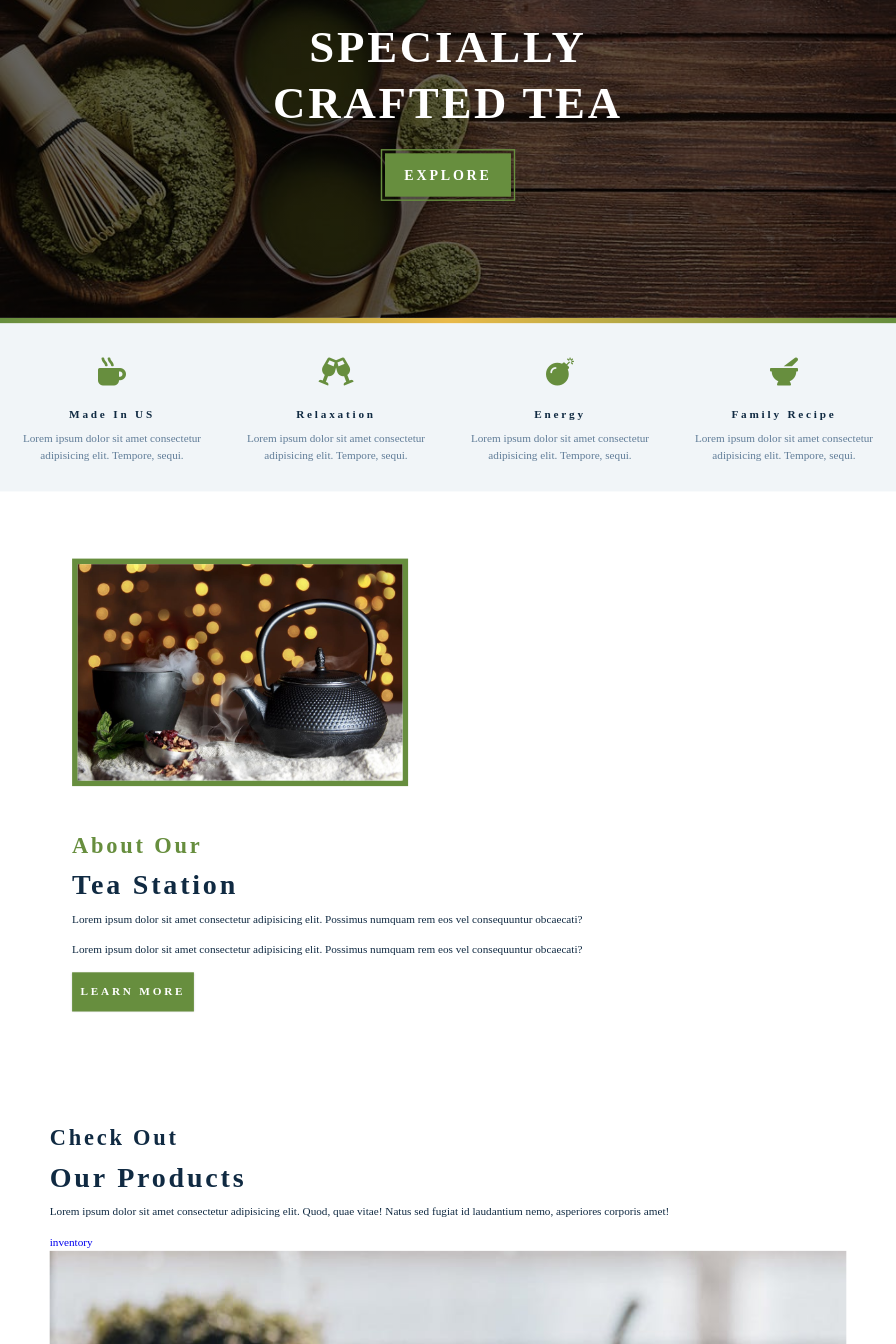
Repository: Ndifoinhilary/building_tea_site
Page: index.html
An editor plug-in stored every save of this project. The page is shown before and after the next save, followed by the edit.
The browser window is 1280 px wide. The pictures show the part of the page from y = 410 to 2330 px (the page is 5854 px tall), at 70% of full size.
The pointer rests on the first visible `.about-picture-container`.
Backgrounds fixed to the window are drawn as part of the page. Some web fonts or font styles are not loaded; a fallback is used.

Above is the page before, as saved 2024-01-06 11:15:34.

### index.html
<!DOCTYPE html>
<html lang="en">

<head>
  <meta charset="UTF-8" />
  <meta name="viewport" content="width=device-width, initial-scale=1.0" />
  <meta http-equiv="X-UA-Compatible" content="ie=edge" />
  <title>Tea Station || Home</title>
  <!-- font-awesome -->
  <link rel="stylesheet" href="./fontawesome-free-5.7.2-web/css/all.css" />
  <!-- custom css -->
  <link rel="stylesheet" href="./css/styles.css" />
</head>

<body>
  <!-- nav button -->
  <span class="nav-btn" id="nav-btn">
    <i class="fas fa-bars"></i>
  </span>
  <!-- nav -->
  <nav class="navbar" id="navbar">
    <div class="navbar-header">
      <span class="nav-close" id="nav-close">
        <i class="fas fa-times"></i>
      </span>
    </div>
    <ul class="nav-items">
      <li><a href="index.html" class="nav-link">home</a></li>
      <li><a href="skills.html" class="nav-link">skills</a></li>
      <li><a href="about.html" class="nav-link">about</a></li>
      <li><a href="products.html" class="nav-link">products</a></li>
    </ul>
  </nav>
  <!-- header -->
  <header class="header">
    <div class="banner">
      <h2 class="banner-subtitle">Over one hunred flavors of tea</h2>
      <h1 class="banner-title">specially crafted tea</h1>
      <a href="skills.html" class=" btn banner-btn">explore</a>
    </div>
  </header>

  <div class="content-divider"></div>





  <!-- skills section -->
  <section class="skills clearfix">
    <!-- single skill -->
    <article class="skill">
      <span class="skill-icon">
        <i class="fas fa-mug-hot"></i>
      </span>
      <h4 class="skill-title">made in US</h4>
      <!-- ten words -->
      <p class="skill-text">
        Lorem ipsum dolor sit amet consectetur adipisicing elit. Tempore,
        sequi.
      </p>
    </article>
    <!-- end of single skill -->
    <!-- single skill -->
    <article class="skill">
      <span class="skill-icon">
        <i class="fas fa-glass-cheers"></i>
      </span>
      <h4 class="skill-title">relaxation</h4>
      <!-- ten words -->
      <p class="skill-text">
        Lorem ipsum dolor sit amet consectetur adipisicing elit. Tempore,
        sequi.
      </p>
    </article>
    <!-- end of single skill -->
    <!-- single skill -->
    <article class="skill">
      <span class="skill-icon">
        <i class="fas fa-bomb"></i>
      </span>
      <h4 class="skill-title">energy</h4>
      <!-- ten words -->
      <p class="skill-text">
        Lorem ipsum dolor sit amet consectetur adipisicing elit. Tempore,
        sequi.
      </p>
    </article>
    <!-- end of single skill -->
    <!-- single skill -->
    <article class="skill">
      <span class="skill-icon">
        <i class="fas fa-mortar-pestle"></i>
      </span>
      <h4 class="skill-title">family recipe</h4>
      <!-- ten words -->
      <p class="skill-text">
        Lorem ipsum dolor sit amet consectetur adipisicing elit. Tempore,
        sequi.
      </p>
    </article>
    <!-- end of single skill -->
  </section>
  <!--end of skills section -->




  <!-- about -->
  <section class="about">

    <div class="section-center clearfix">

      <article class="about-img">
        <div class="about-picture-container">
          <img src="./images/about-bcg.jpeg" alt="tea kettle" class="about-picture" />
        </div>
      </article>

      <article class="about-info">
        <!-- section title -->
        <div class="section-title">
          <h3 class="section-subtitle">about our</h3>
          <h2 class="section-title">tea station</h2>
        </div>
        <!-- section title -->
        <p class="about-text">
          Lorem ipsum dolor sit amet consectetur adipisicing elit. Possimus
          numquam rem eos vel consequuntur obcaecati?
        </p>
        <p class="about-text">
          Lorem ipsum dolor sit amet consectetur adipisicing elit. Possimus
          numquam rem eos vel consequuntur obcaecati?
        </p>
        <a href="about.html" class="btn">learn more</a>
      </article>
    </div>
  </section>
  <!-- end of about -->





  <!-- products -->
  <section class="products">
    <div class="section-center clearfix">
      <!-- products info  -->
      <article class="products-info">
        <!-- title -->
        <div>
          <h3 class="section-subtitle">check out</h3>
          <h2 class="section-title text-white">our products</h2>
        </div>
        <!-- end of title -->
        <p class="product-text">
          Lorem ipsum dolor sit amet consectetur adipisicing elit. Quod, quae
          vitae! Natus sed fugiat id laudantium nemo, asperiores corporis
          amet!
        </p>
        <a href="products.html" class="main-btn">inventory</a>
      </article>
      <!-- end of products info -->





      <!-- products inventory -->
      <article class="products-inventory clearfix">
        <!-- single product -->
        <div class="product">
          <img src="./images/product-1.jpeg" alt="single product" class="product-img" />
          <h3 class="product-title">product title</h3>
          <h3 class="product-price">$6.99</h3>
        </div>
        <!--end of single product -->
        <!-- single product -->
        <div class="product">
          <img src="./images/product-2.jpeg" alt="single product" class="product-img" />
          <h3 class="product-title">product title</h3>
          <h3 class="product-price">$6.99</h3>
        </div>
        <!--end of single product -->
        <!-- single product -->
        <div class="product">
          <img src="./images/product-3.jpeg" alt="single product" class="product-img" />
          <h3 class="product-title">product title</h3>
          <h3 class="product-price">$6.99</h3>
        </div>
        <!--end of single product -->
      </article>
      <!--end of  products inventory -->
    </div>
  </section>


  <!-- end of  products -->




  <!-- contact -->
  <section class="contact">
    <div class="section-center clearfix">
      <!-- contact info -->
      <article class="contact-info">
        <!-- contact item -->
        <div class="contact-item">
          <!-- contact text -->
          <h3 class="contact-title">
            <span class="contact-icon">
              <i class="fas fa-location-arrow"></i> </span>address
          </h3>
          <h3 class="contact-text">
            523 N Fairfax Ave, Los Angeles, CA 90048
          </h3>
        </div>
        <!-- end of contact item -->
        <!-- contact item -->
        <div class="contact-item">
          <!-- contact text -->
          <h3 class="contact-title">
            <span class="contact-icon"> <i class="fas fa-envelope"></i> </span>email
          </h3>
          <h3 class="contact-text">email@email.com</h3>
        </div>
        <!-- end of contact item -->

        <!-- contact item -->
        <div class="contact-item">
          <!-- contact text -->
          <h3 class="contact-title">
            <span class="contact-icon">
              <i class="fas fa-location-arrow"></i> </span>telephone
          </h3>
          <h3 class="contact-text">+ 123 456 789</h3>
        </div>
        <!-- end of contact item -->
      </article>
      <article class="contact-form">
        <form action="https://formspree.io/learncodetutorial@gmail.com" method="POST" class="form-group">
          <input type="text" name="name" placeholder="name" class="form-control" />
          <input type="email" name="email" placeholder="email" class="form-control" />
          <textarea name="message" placeholder="message" class="form-control" rows="5"></textarea>
          <button class="main-btn">send</button>
        </form>
      </article>
      <!-- end of contact info -->
    </div>
  </section>




  <!-- end o fcontact -->
  <footer class="footer">
    <div class="section-center">
      <div class="social-icons">
        <!-- social icon -->
        <a href="#" class="social-icon">
          <i class="fab fa-facebook"></i>
        </a>
        <!-- end of social icon -->
        <!-- social icon -->
        <a href="#" class="social-icon">
          <i class="fab fa-twitter"></i>
        </a>
        <!-- end of social icon -->
        <!-- social icon -->
        <a href="#" class="social-icon">
          <i class="fab fa-instagram"></i>
        </a>
        <!-- end of social icon -->
      </div>
      <p class="footer-text">
        &copy;2019 <span class="text-primary">tea station</span>. all rights
        reserved
      </p>
    </div>
  </footer>



  <script src="app.js"></script>
</body>

</html>

### css/styles.css
@import url("https://fonts.googleapis.com/css?family=Catamaran:400,700|Grand+Hotel");

* {
  margin: 0;
  padding: 0;
  box-sizing: border-box;
}

/*================
Global variables
===================
*/

:root{
  --clr-primary:#678e3e;
  --clr-primary-light:#beed8c;
  --clr-grey-1:#102a42;
  --clr-grey-5:#617d98;
  --clr-grey-10:#f1f5f8;
  --clr-white:#fff;
  --ff-primary:"Catamaran",sans-serif;
  --ff-secondary:"Grand Hotel", cursive;
  --transition: all 0.3s linear ;
  --spacing:0.25rem;
  --radius:0.5rem;
}


body{
  font-family: var(--clr-primary);
  background: var(--clr-white);
  color: var(--clr-grey-1);
  line-height: 1.5;
  font-size: 0.875rem;
}

a{
  text-decoration: none;
}

img{
  width: 100%;
  display: block;
}
h1,h2,h3,h4{
  letter-spacing: var(--spacing);
  text-transform: capitalize;
  line-height: 1.25;
  margin-bottom: 0.75rem;
}

h1{
  font-size: 3rem;
}
h2{
  font-size: 2rem;
}
h3{
  font-size: 1.5rem;
}
h4{
  font-size: 0.875rem;
}

p{
  margin-bottom: 1.25rem;
}
@media screen and (min-width:800px) {
  h1{
    font-size: 4rem;
  }
  h2{
    font-size: 2.5rem;
  }
  h3{
    font-size: 2rem;
  }
  h4{
    font-size: 1rem;
  }
  body{
    font-size: 1rem;
  }
  h1,h2,h3,h4{
    line-height: 1.25;

  }
}
/*
more css
 */

 .btn{
  text-transform: uppercase;
  background: var(--clr-primary);
  color: var(--clr-white);
  padding: 1rem 0.75rem;
  letter-spacing: var(--spacing);
  display: inline-block;
  font-weight:700 ;
  transition: var(--transition);
  font-size: 1rem;
  border: none;
  cursor: pointer;
  box-shadow: 0 1px 3px rgba(0, 0, 0,0.2);
 }
.btn:hover {
  color: var(--ff-primary);
  background: var(--clr-primary-light);
}
.clearfix::after , .clearfix::before{
  content: "";
  clear: both;
  display: table;
}
.section-title h3{
font-family: var(--ff-secondary);
color: var(--clr-primary);
}
section-title{
  margin-bottom: 2rem;
}
.section-center{
  padding: 4rem 0;
  width: 85vw;
  margin: 0 auto;
  max-width: 1170px;
}
@media screen and (min-width:992px) {
  .section-center{
    width: 95vw;
    padding: 4rem 1rem;
  }
}
 /*
 header
  */

  .header{
    min-height: 100vh;
    background: linear-gradient(rgba(0, 0, 0,0.6),rgba(0, 0, 0,0.6)) ,url("/images/main-bcg.jpeg") center/cover no-repeat fixed;
    position: relative;
    /* animation */
    overflow-x: hidden;

  }

  .banner{
    text-align: center;
    position: absolute;
    top: 50%;
    left: 50%;
    transform: translate(-50%,-50%);
  }

  .banner h2{
    font-family: var(--ff-secondary);
    color: var(--clr-primary);
    /* animation */
  }

  .banner h1{
    text-transform: uppercase;
    color: var(--clr-white);
    margin-top: 1.25rem;
    margin-bottom: 2rem;
  }

.banner-btn{
  outline: 0.125rem solid var(--clr-primary);
  outline-offset: 0.25rem;
  font-size: 1.25rem;
  padding:1rem 1.75rem ;
}

.content-divider{
height: 0.5rem;
background: linear-gradient(to left, var(--clr-primary), #e9b949, var(--clr-primary));
}

/*
skills section
 */

 .skills{
  background: var(--clr-grey-10);

 }

 .skill{
  text-align: center;
  padding: 2.5rem 0;
  transition: var(--transition);

 }

 .skill-icon{
  font-size: 2.5rem;
  margin-bottom: 1.25rem;
  transition: var(--transition);
  display: inline-block;
  color: var(--clr-primary);

 }
 .skill-text{
  color: var(--clr-grey-5);
  max-width: 17rem;
  margin: 0 auto;
 }
 .skill:hover {
  background: var(--clr-white);
  box-shadow: 0  2px var(--clr-primary);
 }

 .skill:hover .skill-icon{
  transform: translateY(-5px);
 }
 @media screen and (min-width:576px) {
  .skill{
    float: left;
    width: 50%;
  }
 }

 @media screen and (min-width:1200px) {
  .skill{

    width: 25%;
  }
 }

 /*
 About css
  */
.about-img, .about-info{
  padding: 2rem;
}

.about-picture-container{
  color: var(--clr-primary);
  border: 0.5rem solid var(--clr-primary);
  max-width: 30rem;

}

.about-picture{
  transition: var(--transition);
}

### app.js
const navBtn = document.getElementById("nav-btn");
const navbar = document.getElementById("navbar");
const navClose = document.getElementById("nav-close");

navBtn.addEventListener("click", () => {
  navbar.classList.add("showNav");
});

navClose.addEventListener("click", () => {
  navbar.classList.remove("showNav");
});

Loaded but not shown: fontawesome-free-5.7.2-web/css/all.css (library)

After the next save:
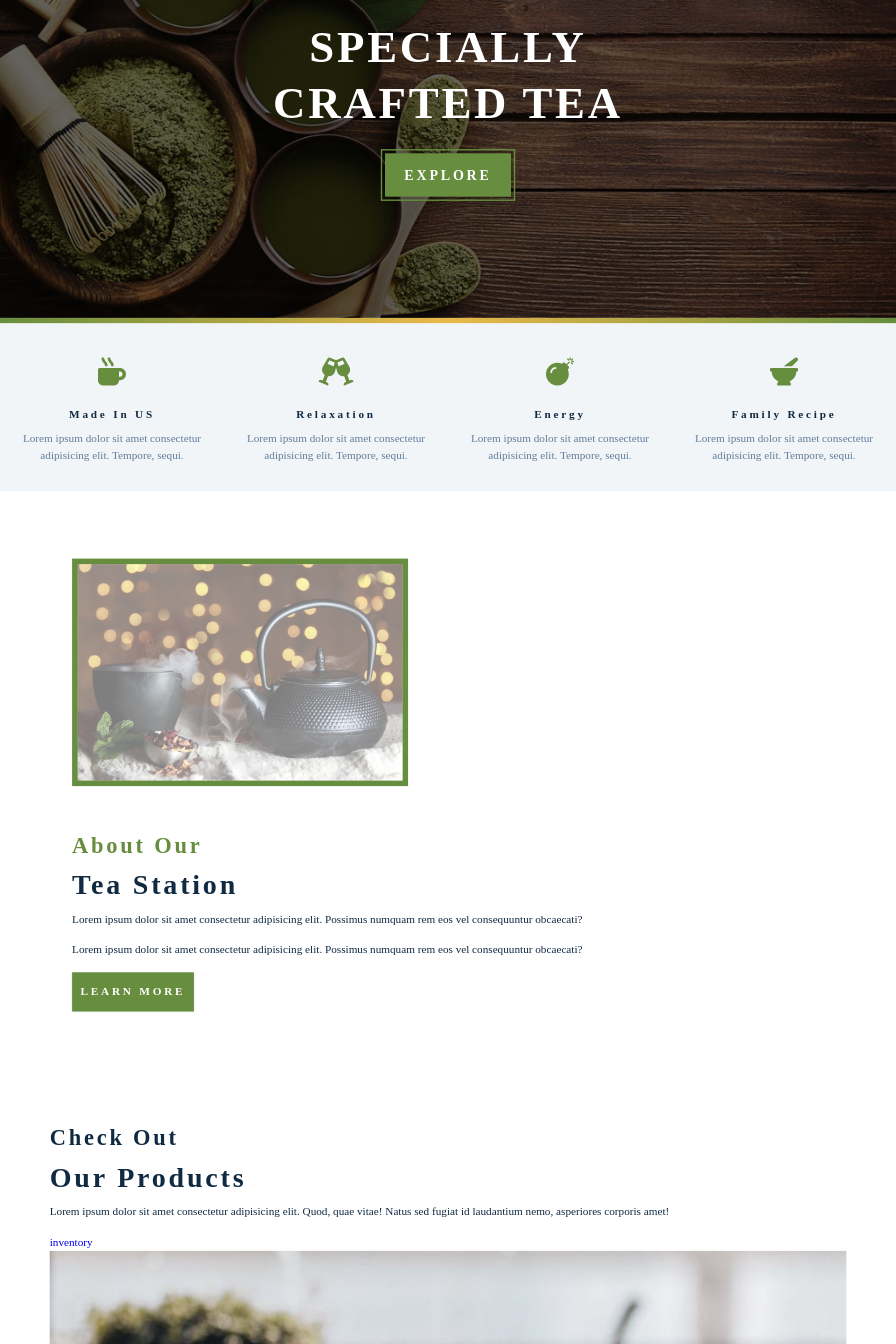
Saved 98 s later.
--- a/css/styles.css
+++ b/css/styles.css
@@ -246,3 +246,7 @@ skills section
 .about-picture{
   transition: var(--transition);
 }
+
+.about-picture-container:hover .about-picture{
+opacity: 0.5;
+}

After the save that followed:
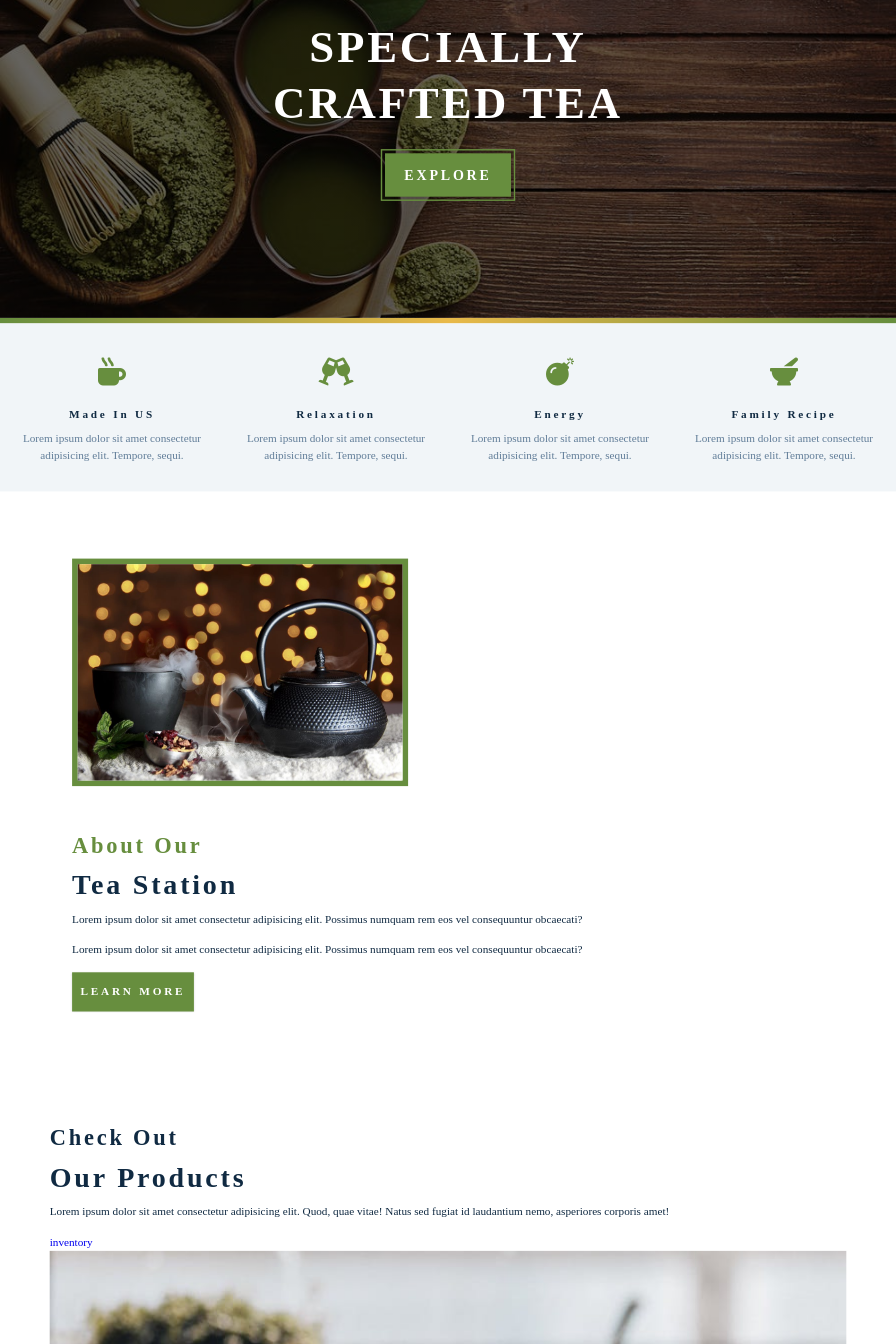
Saved 14 s later.
--- a/css/styles.css
+++ b/css/styles.css
@@ -248,5 +248,5 @@ skills section
 }
 
 .about-picture-container:hover .about-picture{
-opacity: 0.5;
-}
+/* opacity: 0.5; */
+}
